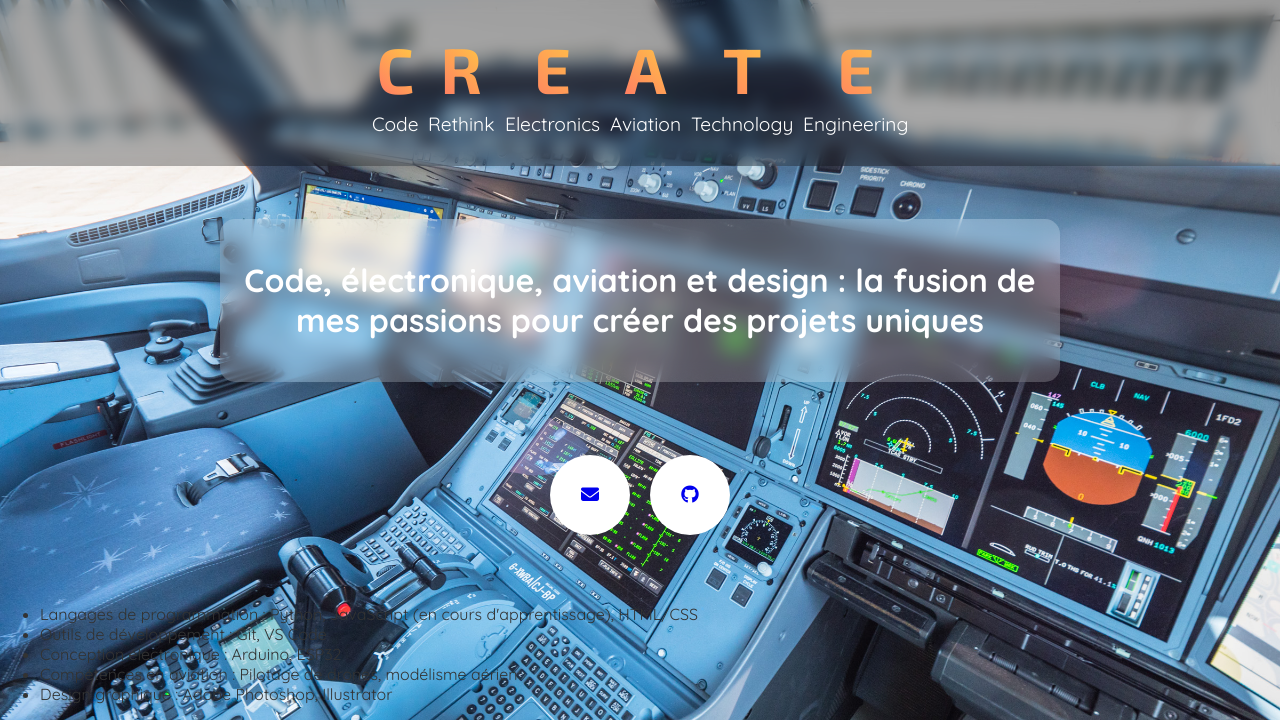
Repository: nlagardere/myportfolio
Page: index.html
The author's editor kept a copy of each file at every save. The page is drawn from the files as they stood at one save, then again after the next save.
The browser window is 1280 px wide. The pictures show the whole page.

Above is the page before, as saved 2025-09-06 10:05:41.

### index.html
<!DOCTYPE html>
<html lang="fr">
<head>
  <meta charset="UTF-8">
  <meta name="viewport" content="width=device-width, initial-scale=1.0">
  <title>Portfolio</title>

  <!-- Google Fonts -->
  <link href="https://fonts.googleapis.com/css2?family=Exo+2:wght@400;700&family=Quicksand:wght@400;700&display=swap" rel="stylesheet">
  <!-- Font Awesome -->
  <link rel="stylesheet" href="https://cdnjs.cloudflare.com/ajax/libs/font-awesome/6.5.0/css/all.min.css">

  <style>
    /* ========== BODY & LAYOUT ========== */
    body {
      font-family: 'Quicksand', sans-serif;
      margin: 0;
      padding: 0;
      min-height: 100vh;
      display: flex;
      flex-direction: column;       /* empile header, contenu, footer verticalement */
      justify-content: space-between; /* espace entre header/contenu et footer */
      background: url('a350.jpg') no-repeat center center;
      background-size: cover;
      color: #333;
    }

    header {
      text-align: center;
      padding: 30px 20px;
      background: rgba(0,0,0,0.3);
      backdrop-filter: blur(8px);
      color: white;
    }

    .glasscard {
      background: rgba(255, 255, 255, 0.2);
      border-radius: 15px;
      padding: 20px;
      margin: 20px auto;
      max-width: 800px;
      backdrop-filter: blur(10px);
      box-shadow: 0 4px 30px rgba(0, 0, 0, 0.1);
      color: white;
      text-align: center;
      animation: zoomPop 1s ease forwards;
    }

    /* ========== ACRONYM ========== */
    .acronym-container {
      display: flex;
      justify-content: center;
      gap: 10px;
      flex-wrap: wrap;
      perspective: 1000px;
    }

    .letter-block {
      flex: none;
      text-align: center;
      opacity: 0;
      transform: scale(0.1) translateZ(-800px);
      animation: zoomPop 0.8s cubic-bezier(0.25, 1.5, 0.5, 1) forwards;
    }

    .letter-block:nth-child(1) { animation-delay: 0s; }
    .letter-block:nth-child(2) { animation-delay: 0.1s; }
    .letter-block:nth-child(3) { animation-delay: 0.2s; }
    .letter-block:nth-child(4) { animation-delay: 0.3s; }
    .letter-block:nth-child(5) { animation-delay: 0.4s; }
    .letter-block:nth-child(6) { animation-delay: 0.5s; }

    .letter-block .letter {
      font-size: 4em;
      font-weight: bold;
      font-family: 'Exo 2', sans-serif;
      background: linear-gradient(45deg, #FF6B6B, #FFD93D);
      -webkit-background-clip: text;
      -webkit-text-fill-color: transparent;
      transition: filter 0.2s;
    }

    .letter-block .letter:hover {
      filter: brightness(1.2);
    }

    .letter-block .desc {
      font-size: 1.2em;
      margin-top: 5px;
    }

    @keyframes zoomPop {
      0% { opacity: 0; transform: scale(0.1) translateZ(-800px); }
      60% { opacity: 1; transform: scale(1.2) translateZ(50px); }
      80% { transform: scale(0.95) translateZ(0); }
      100% { opacity: 1; transform: scale(1) translateZ(0); }
    }

    /* ========== SOCIAL ICONS ========== */
    .wrapper {
      display: inline-flex;
      justify-content: center;
      list-style: none;
      padding: 20px 0;
      margin: 0 auto;
    }

    .wrapper .icon {
      position: relative;
      background: #ffffff;
      border-radius: 50%;
      padding: 15px;
      margin: 0 10px;
      width: 50px;
      height: 50px;
      font-size: 18px;
      display: flex;
      justify-content: center;
      align-items: center;
      cursor: pointer;
      transition: all 0.2s cubic-bezier(0.68, -0.55, 0.265, 1.55);
    }

    /* Tooltip */
    .wrapper .tooltip {
      position: absolute;
      bottom: 100%;           /* au-dessus de l’icône */
      left: 50%;
      transform: translateX(-50%) translateY(-10px);
      font-size: 14px;
      background: #333;
      color: #fff;
      padding: 5px 8px;
      border-radius: 5px;
      box-shadow: 0 4px 10px rgba(0,0,0,0.2);
      opacity: 0;
      pointer-events: none;
      white-space: nowrap;
      transition: all 0.3s cubic-bezier(0.68, -0.55, 0.265, 1.55);
      z-index: 10;
    }

    .wrapper .tooltip::before {
      content: "";
      position: absolute;
      top: 100%;              /* triangle sous le tooltip */
      left: 50%;
      transform: translateX(-50%) rotate(45deg);
      width: 8px;
      height: 8px;
      background: #333;
    }

    .wrapper .icon:hover .tooltip {
      opacity: 1;
      pointer-events: auto;
      transform: translateX(-50%) translateY(-15px);
    }

    /* Hover colors */
    .wrapper .mail:hover,
    .wrapper .mail:hover .tooltip,
    .wrapper .mail:hover .tooltip::before {
      background: #00CED1;
      color: #ffffff;
    }

    .wrapper .github:hover,
    .wrapper .github:hover .tooltip,
    .wrapper .github:hover .tooltip::before {
      background: #333333;
      color: #ffffff;
    }

    /* Responsive letters */
    @media (max-width: 600px) {
      .letter-block .letter {
        font-size: 2.5em;
      }
    }
  </style>
</head>

<body>
  <header>
    <div class="acronym-container">
      <div class="letter-block">
        <div class="letter">C</div>
        <div class="desc">Code</div>
      </div>
      <div class="letter-block">
        <div class="letter">R</div>
        <div class="desc">Rethink</div>
      </div>
      <div class="letter-block">
        <div class="letter">E</div>
        <div class="desc">Electronics</div>
      </div>
      <div class="letter-block">
        <div class="letter">A</div>
        <div class="desc">Aviation</div>
      </div>
      <div class="letter-block">
        <div class="letter">T</div>
        <div class="desc">Technology</div>
      </div>
      <div class="letter-block">
        <div class="letter">E</div>
        <div class="desc">Engineering</div>
      </div>
    </div>
  </header>

  <div class="glasscard">
    <h1>Code, électronique, aviation et design : la fusion de mes passions pour créer des projets uniques</h1>
  </div>

  <ul class="wrapper">
    <li class="icon mail">
      <a href="mailto:nathan.lagardere@gmail.com" target="_blank">
        <span class="tooltip">Mail</span>
        <i class="fas fa-envelope"></i>
      </a>
    </li>

    <li class="icon github">
      <a href="https://github.com/nlagardere" target="_blank">
        <span class="tooltip">Github</span>
        <i class="fab fa-github"></i>
      </a>
    </li>
  </ul>

  <div class="compétences">
    <ul>
      <li>Langages de programmation : Python, JavaScript (en cours d'apprentissage), HTML/CSS</li>
      <li>Outils de développement : Git, VS Code</li>
      <li>Conception électronique : Arduino, ESP32</li>
      <li>Compétences en aviation : Pilotage de drones, modélisme aérien</li>
      <li>Design graphique : Adobe Photoshop, Illustrator</li>
    </ul>
  </div>

</body>
</html>

After the next save:
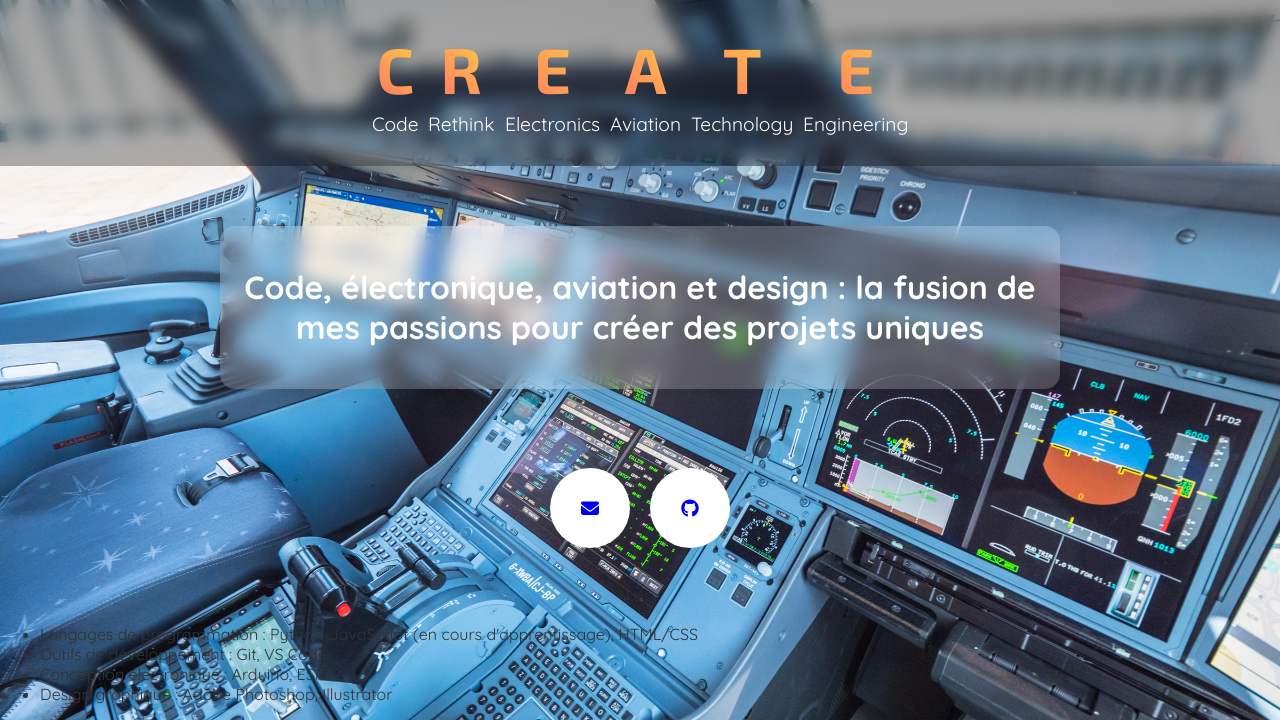
Saved 11 s later.
--- a/index.html
+++ b/index.html
@@ -236,7 +236,6 @@
       <li>Langages de programmation : Python, JavaScript (en cours d'apprentissage), HTML/CSS</li>
       <li>Outils de développement : Git, VS Code</li>
       <li>Conception électronique : Arduino, ESP32</li>
-      <li>Compétences en aviation : Pilotage de drones, modélisme aérien</li>
       <li>Design graphique : Adobe Photoshop, Illustrator</li>
     </ul>
   </div>
